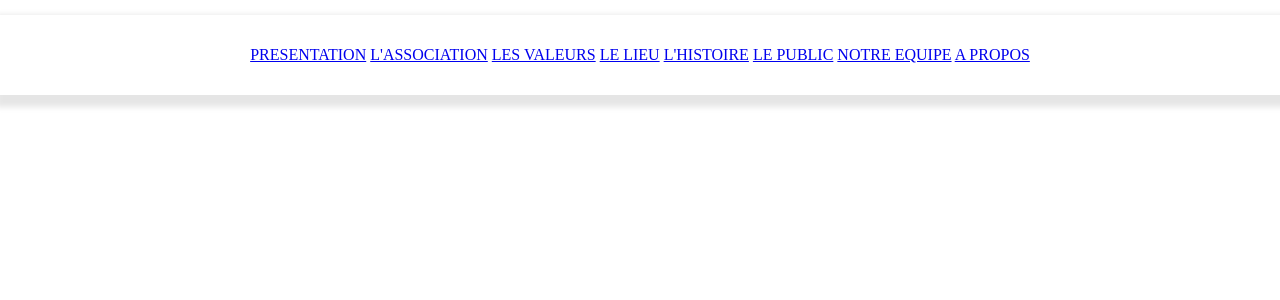
Repository: assanendao171/projet-teranga
Page: presentation.html
An editor plug-in stored every save of this project. The page is shown before and after a run of saves, followed by the edit.
The browser window is 1280 px wide. The pictures show the whole page.

Above is the page before, as saved 2026-02-11 11:30:01.

After the next 2 saves:
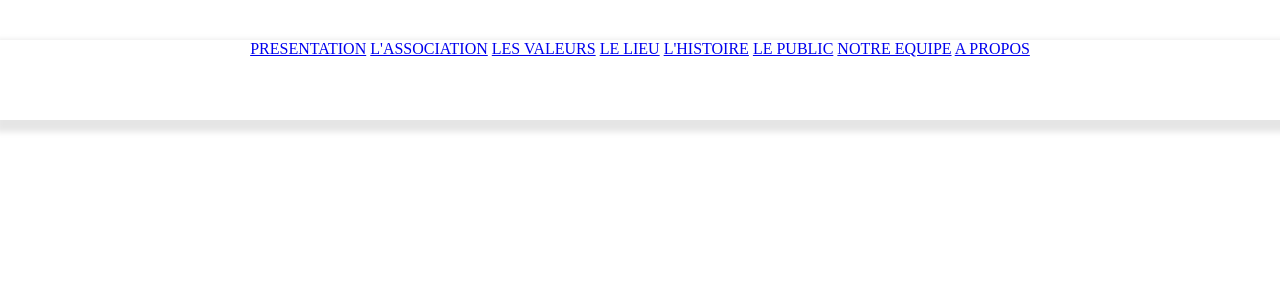
The 2 saves are shown as one change because they came seconds apart.
The last was saved 33 s later.
--- a/presentation.css
+++ b/presentation.css
@@ -6,10 +6,11 @@ width: 100%;
 height: 80px;
 background-color: #FFFFFF;
 box-shadow: 2px 6px 6px 6px rgba(0, 0, 0, 0.1);
-display: flex;
+
+}
+.btn-nav{
+    margin: 40px;
+    display: flex;
 align-items: center;
 justify-content: center;
 }
-.btn-nav{
-    margin: 40px;
-}
